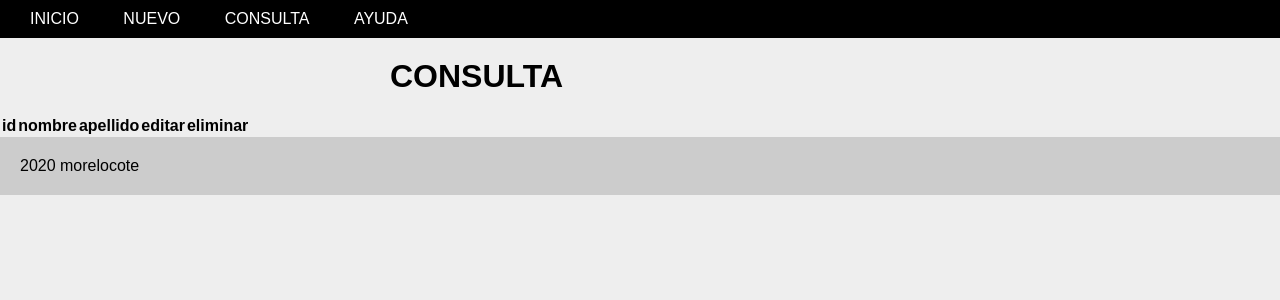
Repository: edgarhdzp/crud-php-poo-mvc-ajax
Page: http://localhost/poomvc/consulta
These files come from the project's save history. The page is drawn as it stood at one moment and after a run of saves; the edit follows.
The browser window is 1280 px wide. The pictures show the whole page.
The page is run by PHP 8.4 with error messages shown; the project is at /var/www/html/. Queries for data that is not in the repository find no rows.

Above is the page before, as saved 2020-06-25 18:17:08.

### index.php
<?php

require_once 'libs/controller.php';
require_once 'libs/model.php';
require_once 'libs/view.php';
require_once 'libs/app.php';
require_once 'libs/database.php';
require_once 'config/config.php';

$new = new App();

?>

### libs/controller.php
<?php
//clase padre
class Controller{
    function __construct(){
        //indicamos que se cree una nueva vista para un controlador
        $this->view = new View();

    }

    function loadModel($model){
        $url = 'models/'.$model.'model.php';

        if(file_exists($url)){
            require $url;

            $modelName = $model.'Model';
            $this->model = new $modelName();
        }
    }
}

?>

### libs/model.php
<?php

class Model{
    function __construct(){
        $this->db = new Database();

    }
}

?>

### libs/view.php
<?php
//vista madre
class View{
    function __construct(){
    }
    //esta funcion hace el redireccionamiento
    function render($nombre){
        //indicamos la ubicacion y nombre del archivo
        require 'views/' . $nombre . '.php';
    }
}

?>

### libs/app.php
<?php

//archivo de error
require_once 'controllers/error.php';

class App{
    function __construct(){
        //la varible urlsera igual a la url que declaramos en htaccess y en acces es todo el valor que ingrese
        $url = $_GET['url'];
        //aqui con xtrim retiramos los / que no necesitamos en la url
        $url = rtrim($url, '/');
        //buscamos nuestro separador / esto nos devuelve un arreglo
        $url = explode('/', $url);
        //validamos si despues denuestro primer / no hay nada entonces que nos redireccione a main
        if(empty($url[0])){
            $archivoController = 'controllers/main.php';
            require_once $archivoController;
            $controller = new Main();
            $controller->loadModel('main');
            $controller->render();

            return false;
        }
        //declaramos nuestra variable que sera igual a la ubicacion de controlador y url es igual a la clase
        $archivoController = 'controllers/' . $url[0] . '.php';
        //verificmos que el archivo exista
        if(file_exists($archivoController)){
            require_once $archivoController;
            //mandamos llamar nuestra clase que de acuerdo al arreglo sera la posicion 0
            $controller = new $url[0];
            $controller->loadModel($url[0]);

            $nparam = sizeof($url);

            if($nparam >1){
                if($nparam >2){
                    $param = [];
                    for($i = 2; $i<$nparam; $i++ ){
                        array_push($param,$url[$i]);
                    }
                    $controller->{$url[1]}($param);
                }else{
                    $controller->{$url[1]}();

                }
            }else{
                $controller->render();
            }
            }else{
                $controller = new Fail();
                //si no existe se ejecutara el controlador error
            }
        }
    }

?>

### controllers/error.php
<?php

class Fail extends Controller{
    function __construct(){
        parent::__construct();
        $this->view->mensaje ="valio verga no estas viendo";
        $this->view->render('error/index');
    }
}

?>

### libs/database.php
<?php

class Database{
    private $host;
    private $db;
    private $user;
    private $password;
    private $charset;

    public function __construct(){
        $this->host = constant('HOST');
        $this->db = constant('DB');
        $this->user = constant('USER');
        $this->password = constant('PASSWORD');
        $this->charset = constant('CHARSET');

    }
    function connect(){
        try{
            $conexion = "mysql:host=".$this->host.";dbname=".$this->db.";charset=".$this->charset;
            $options = [
                PDO::ATTR_ERRMODE  => PDO::ERRMODE_EXCEPTION,
                PDO::ATTR_EMULATE_PREPARES => false,
            ];
            $pdo = new PDO ($conexion, $this->user, $this->password, $options);
            return $pdo;

        }catch(PDOException $e){
            print_r('error no se conecto loco: ' . $e->getMessage());
        }
    }
}

?>

### config/config.php
<?php

define('URL', 'http://localhost:8888/poomvc/');

define('HOST','localhost');
define('DB','tasks-app');
define('USER','root');
define('PASSWORD','root');
define('CHARSET','utf8mb4');


?>

### controllers/consulta.php
<?php

class Consulta extends Controller{
    function __construct(){
        parent::__construct();
        $this->view->alumnos = [];
    }
    function render(){
        $alumnos = $this->model->get();
        $this->view->alumnos = $alumnos;
        $this->view->render('consulta/index');

    }

    function verAlumno($param = null){
        $idAlumno = $param[0];
        $alumno =$this->model->getById($idAlumno);

        $this->view->alumno = $alumno;
        $this->view->render('constulta/detalle');
    }
    function actualizarAlumno(){}
    function eliminarAlumno(){}
}

?>

### models/consultamodel.php
<?php

include_once 'models/alumno.php';

class ConsultaModel extends Model{

    public function __construct(){
        parent::__construct();
    }
    public function Get(){
        $items = [];

        try{
            $query = $this->db->connect()->query("SELECT * FROM task");
            while($row = $query->fetch()){
                $item = new Alumno();
                $item->id = $row['id'];
                $item->nombre = $row['nombre'];
                $item->apellido =$row['apellido'];

                array_push($items, $item);
            }
            return $items;
        }catch(PDOException $e){
            return [];
        }
    }
    public function getById(){

    }
}

?>

### models/alumno.php
<?php

class Alumno{

    public $id;
    public $nombre;
    public $apellido;
}

?>

### views/consulta/index.php
<!DOCTYPE html>
<html lang="en">
<head>
    <meta charset="UTF-8">
    <meta name="viewport" content="width=device-width, initial-scale=1.0">
    <title>Document</title>
</head>
<body>

<?php require 'views/header.php'; ?>

<div id="main">
<h1>CONSULTA</h1>
</div>

<table>
<thead>
<tr>
<th>id</th>
<th>nombre</th>
<th>apellido</th>
<th>editar</th>
<th>eliminar</th>
</tr>
</thead>
<tbody>
<?php
include_once 'models/alumno.php';
foreach($this->alumnos as $row){
    $alumno = new Alumno();
    $alumno = $row;
 ?>

<tr>
<td><?php echo $alumno->id ?></td>
<td><?php echo $alumno->nombre ?></td>
<td><?php echo $alumno->apellido ?></td>
<td><a href="<?php echo constant('URL'). 'consulta/verAlumno/' . $alumno->id?>">editar</a></td>
<td><a href="<?php echo constant('URL'). 'consulta/eliminarAlumno/' . $alumno->id?>">eliminar</a></td>
</tr>
<?php } ?>
</tbody>
</table>

<?php require 'views/footer.php'; ?>

</body>
</html>

### views/header.php
<!DOCTYPE html>
<html lang="en">
<head>
    <meta charset="UTF-8">
    <meta name="viewport" content="width=device-width, initial-scale=1.0">
    <link rel="stylesheet" href="<?php echo constant('URL');?>public/css/style.css">
    <title></title>
</head>
<body>
    <div id="header">
    <ul>
    <li><a href="<?php echo constant('URL');?>main">INICIO</a></li>
    <li><a href="<?php echo constant('URL');?>nuevo">NUEVO</a></li>
    <li><a href="<?php echo constant('URL');?>consulta">CONSULTA</a></li>
    <li><a href="<?php echo constant('URL');?>ayuda">AYUDA</a></li>
    </ul>
    </div>
</body>
</html>

### views/footer.php
<div id="footer">
2020 morelocote
</div>

### public/css/style.css
* {
    margin: 0;
    padding: 0;
}

body {
    font-family: Arial, Helvetica, sans-serif;
    background-color: #eee;
}

#header {
    background-color: black;
    padding: 10px;
}

#header ul li {
    list-style: none;
    display: inline;
    padding: 10px;
}

#header ul li a {
    color: white;
    text-decoration: none;
    padding: 10px;
}

#footer {
    background-color: #ccc;
    padding: 20px;
}

#main {
    padding: 20px 0;
    width: 500px;
    margin: 0 auto;
}

After the next 2 saves:
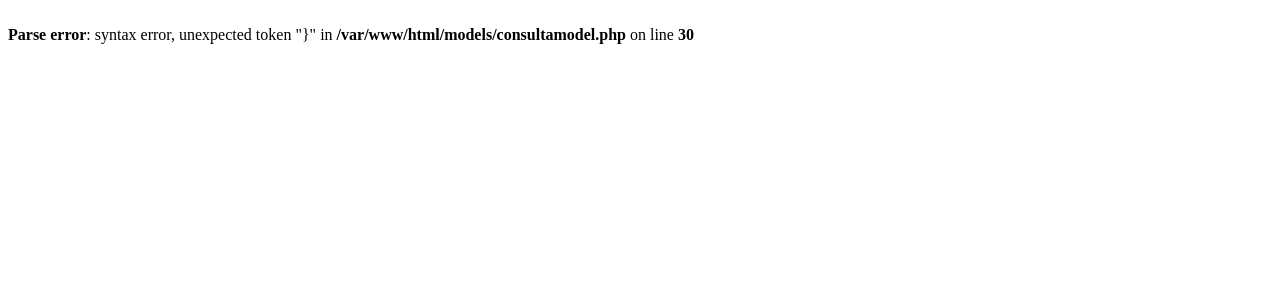
The 2 saves are shown as one change because they came seconds apart.
The last was saved 7 min 11 s later.
--- a/models/consultamodel.php
+++ b/models/consultamodel.php
@@ -26,8 +26,8 @@
         }
     }
     public function getById(){
-
+        $item = new Alumno()
     }
-}
+;}
 
 ?>

After the 3 saves that followed:
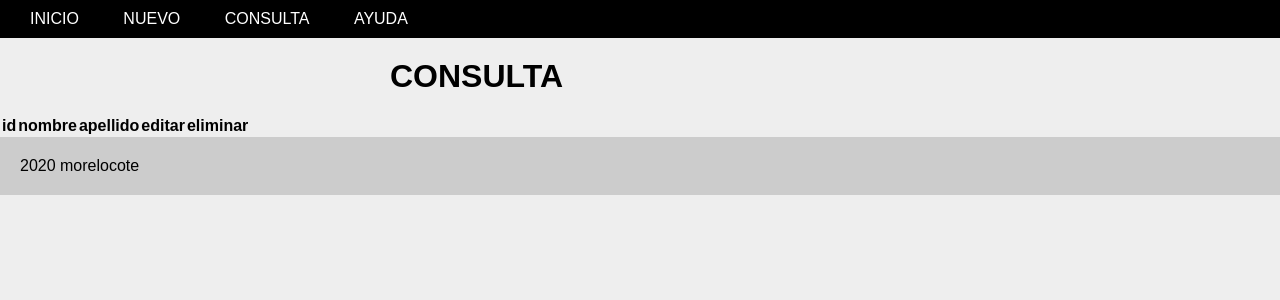
The 3 saves are shown as one change because they came seconds apart.
The last was saved 9 s later.
--- a/models/consultamodel.php
+++ b/models/consultamodel.php
@@ -26,8 +26,9 @@
         }
     }
     public function getById(){
-        $item = new Alumno()
+        $item = new Alumno();
+
     }
-;}
+}
 
 ?>
